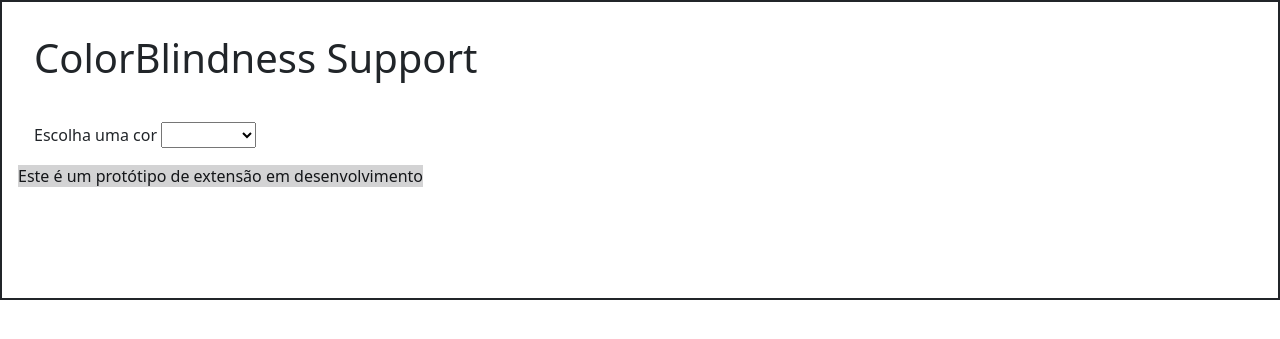
Repository: pedrosiqueira/daltonchrome
Page: popup.html
An editor plug-in stored every save of this project. The page is shown before and after the next save, followed by the edit.
The browser window is 1280 px wide. The pictures show the whole page.

Above is the page before, as saved 2022-06-17 13:08:15.

### popup.html
<!DOCTYPE html>
<html>

<head>
    <meta charset="utf-8" />
    <link href="css/vendor/bootstrap.min.css" rel="stylesheet" crossorigin="anonymous">
    <link rel="stylesheet" type="text/css" href="css/popup.css" />
</head>

<body class="p-3 flex border border-dark border-2 ">

    <div class="container d-flex p-3 d-flex row">

        <h1> ColorBlindness Support </h1>

        <!--
        <div class="form-check form-switch col">
            <input class="form-check-input" type="checkbox" id="flexSwitchCheckChecked">
            <label class="form-check-label" for="flexSwitchCheckChecked" id="MeuSwitch">Ativar extensão</label>
        </div>

        <button id="meubotao" type="button" class="btn row w-10 h-15 btn-dark">
            Clique-me
        </button>
    -->

    </div>

    <div class="p-3">
        <label for="cores">Escolha uma cor</label>

        <select name="cores" id="cores">
            <option value="#"> </option>
            <option value="red">Vermelho</option>
            <option value="green">Verde</option>
            <option value="blue">Azul</option>
        </select>
    </div>

    <alert id="alert" class="alert-dark">Este é um protótipo de extensão em desenvolvimento</alert>

    <script src="js/vendor/jquery-3.6.0.min.js"></script>
    <script src="js/vendor/bootstrap.bundle.min.js"></script>
    <script src="js/popup.js"></script>
</body>

</html>

### css/popup.css
body {
    min-width:600px;
    min-height:300px;
}

#table-wrapper {
    position:relative;
    white-space: nowrap;
}
#table-scroll {
    overflow:auto;
    margin-top:20px;
}
#table-wrapper table {
    width:100%;

}

#table-wrapper table thead th .text {
    position:absolute;
    top:-20px;
    z-index:2;
    height:20px;
    width:35%;
    border:1px solid red;
}

#table-wrapper table tbody td{
    border: 1px solid black;
}

### js/popup.js
start()

function start() {
    $("#meubotao").click(umafuncao)
}

function ativar(){
    $("#MeuSwitch")
}


async function umafuncao() {

    // obtém a aba atual
    [currentTab] = await chrome.tabs.query({ active: true, currentWindow: true });

    // envia mensagem para a aba atual
    chrome.tabs.sendMessage(currentTab.id, { nome: "Carol", curso: "TADS", orientador: "pedro" }, callback);


}

// funcao que recebe a resposta da mensagem que foi enviada para alguma aba
function callback(response) {
    console.log("ufa, a mensagem conseguiu chegar!")
    console.log(response)
}

Loaded but not shown: css/vendor/bootstrap.min.css (library); js/vendor/jquery-3.6.0.min.js (library); js/vendor/bootstrap.bundle.min.js (library)

After the next save:
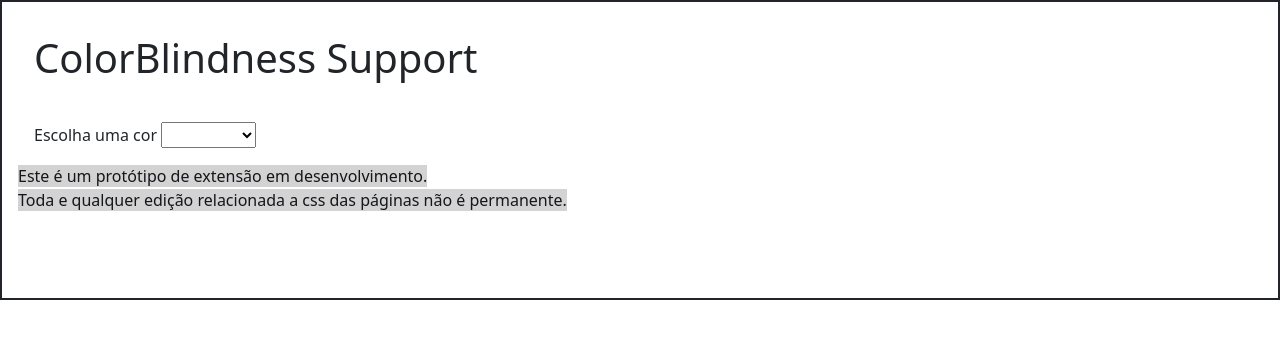
Saved 39 s later.
--- a/popup.html
+++ b/popup.html
@@ -37,7 +37,9 @@
         </select>
     </div>
 
-    <alert id="alert" class="alert-dark">Este é um protótipo de extensão em desenvolvimento</alert>
+    <alert id="alert" class="alert-dark">Este é um protótipo de extensão em desenvolvimento.<br>
+    Toda e qualquer edição relacionada a css das páginas não é permanente.
+    </alert>
 
     <script src="js/vendor/jquery-3.6.0.min.js"></script>
     <script src="js/vendor/bootstrap.bundle.min.js"></script>
